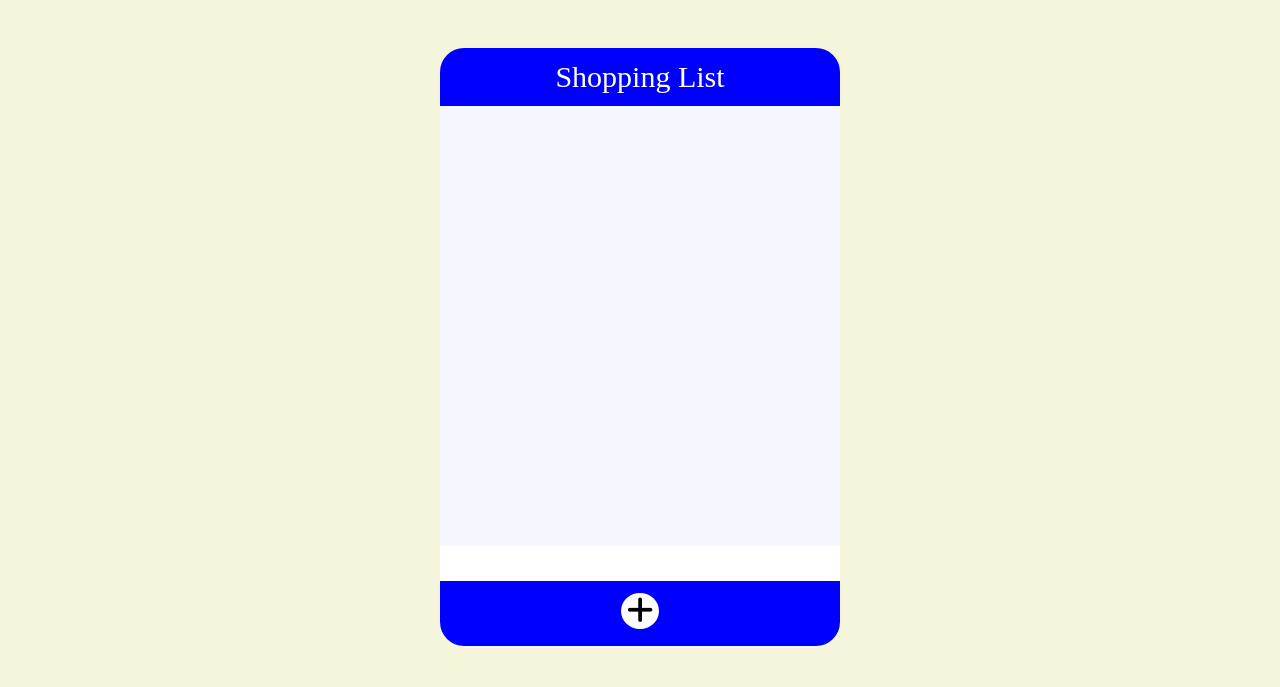
Repository: keehoonjung/Shopping-list
Page: index.html
An editor plug-in stored every save of this project. The page is shown before and after the next save, followed by the edit.
The browser window is 1280 px wide. The pictures show the whole page.
Some web libraries are served in a nearby version.

Above is the page before, as saved 2021-08-08 11:27:21.

After the next save:
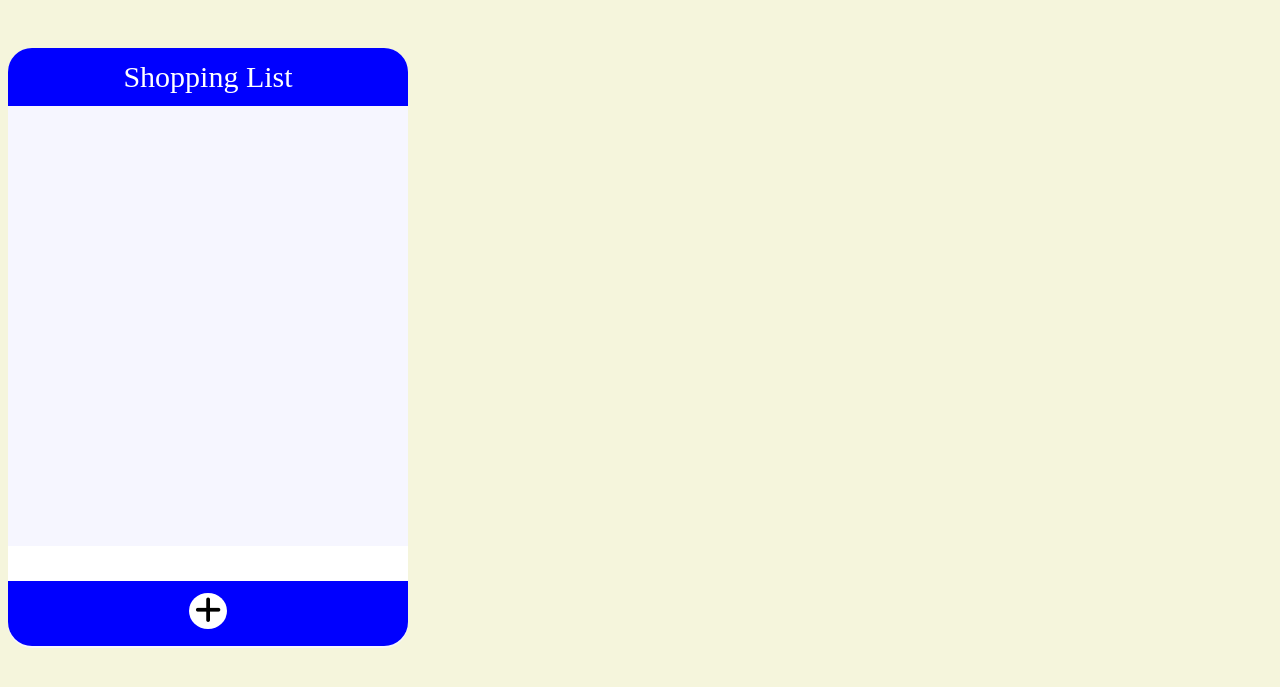
Saved 110 s later.
--- a/style.css
+++ b/style.css
@@ -20,7 +20,7 @@
 }
 
 .container {
-  margin: auto;
+  margin: 0;
   background-color: rgb(246, 246, 255);
   height: 600px;
   width: 400px;

After the save that followed:
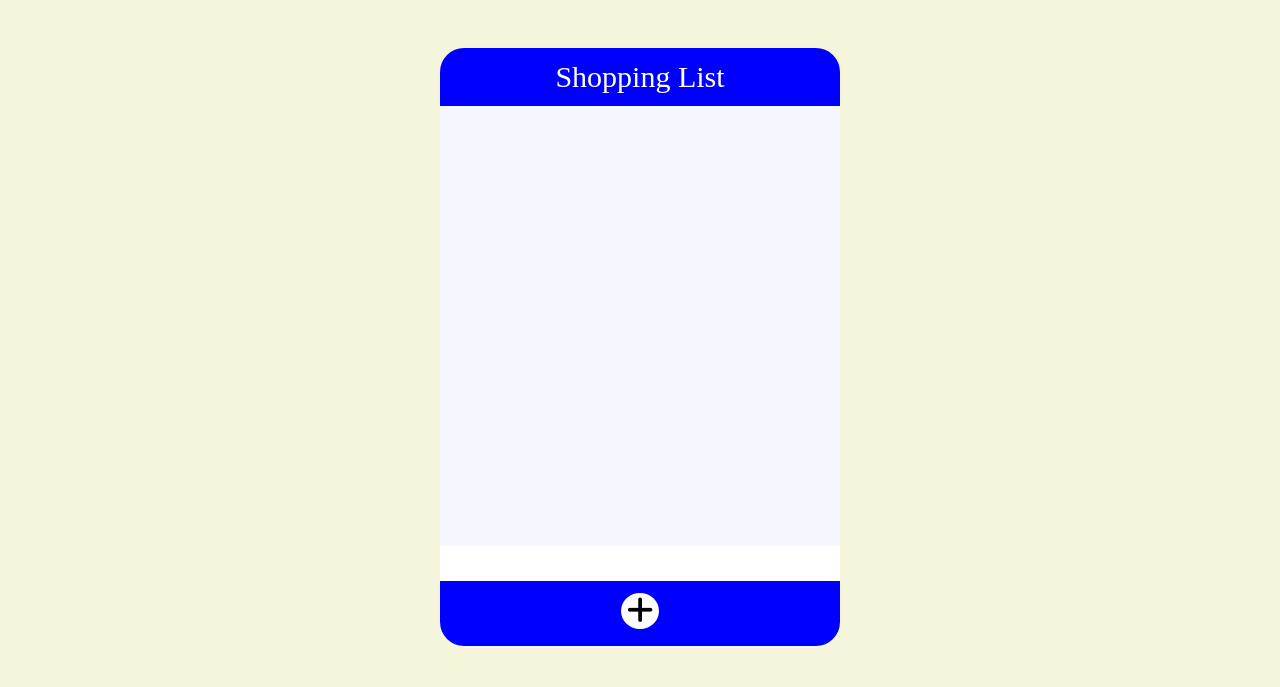
Saved 26 s later.
--- a/style.css
+++ b/style.css
@@ -21,6 +21,7 @@
 
 .container {
   margin: 0;
+  display: inline-block;
   background-color: rgb(246, 246, 255);
   height: 600px;
   width: 400px;
